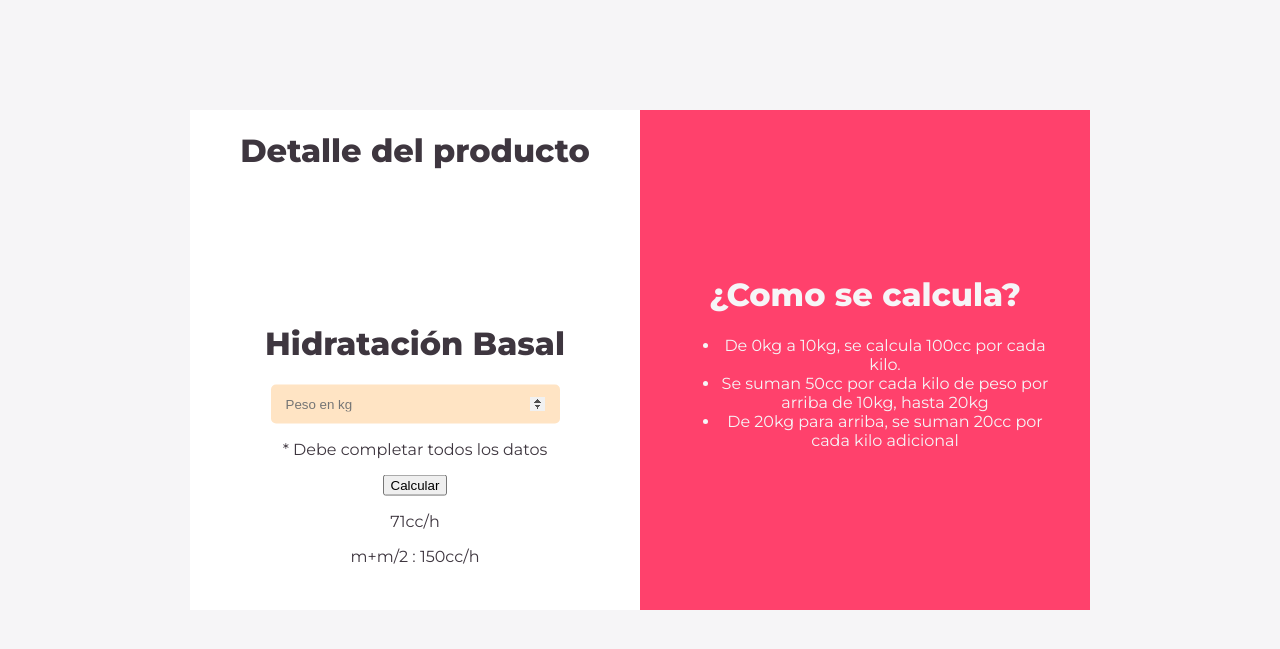
Repository: Fredy452/calculadora_basal
Page: index.html
These files come from the project's save history. The page is drawn as it stood at one moment and after the next save; the edit follows.
The browser window is 1280 px wide. The pictures show the whole page.
The pointer rests on the first visible `input`.

Above is the page before, as saved 2023-04-21 07:54:57.

### index.html
<!DOCTYPE html>
<html lang="en">
<head>
    <meta charset="UTF-8">
    <meta http-equiv="X-UA-Compatible" content="IE=edge">
    <meta name="viewport" content="width=device-width, initial-scale=1.0">
    <title>Calculadora de hidratación</title>
    <link rel="stylesheet" href="style.css">
</head>
<body>
    <div id="contenedor">
        <div id="calculadora">
            <h1>Detalle del producto</h1>
            <div class="contenido">
                <h1>Hidratación Basal</h1>
                <input type="number" name="peso" id="peso" placeholder="Peso en kg">
                <p>* Debe completar todos los datos</p>
                <button>Calcular</button>
                <p>71cc/h</p>
                <p>m+m/2 : 150cc/h</p>
            </div>
        </div>
        <div id="detalle">
            <div class="contenido">
                <h1>¿Como se calcula?</h1>
                <ul>
                    <li>De 0kg a 10kg, se calcula 100cc por cada kilo.</li>
                    <li>Se suman 50cc por cada kilo de peso por arriba de 10kg, hasta 20kg</li>
                    <li>De 20kg para arriba, se suman 20cc por cada kilo adicional</li>
                </ul>
            </div>
        </div>
    </div>
</body>
</html>

### style.css
@import url('https://fonts.googleapis.com/css?family=Montserrat:400,800');

body{
    font-family: 'Montserrat', sans-serif;
    background: #f6f5f7;
    color: #3E363F;
}
#contenedor{
    width: 900px;
    height: 500px;
    position: absolute;
    text-align: center;
    inset: 0;
    margin: auto;
}
#calculadora{
    background: white;
    width: 50%;
    height: 100%;
    float: left;
}
#detalle{
    background: #FF416C;
    width: 50%;
    height: 100%;
    float: left;
    color: #f6f5f7;
}
.contenido{
    /* Centrando el contenido de los divs */
    position: relative;
    top: 50%;
    transform: translateY(-50%);
    overflow: hidden;
    padding: 40px;
}
input{
    width: 70%;
    padding: 12px 15px;
    border: none;
    background-color: #eee;
    outline: none;
    border-radius: 5px;
}
input:hover{
    background-color:bisque;
}

After the next save:
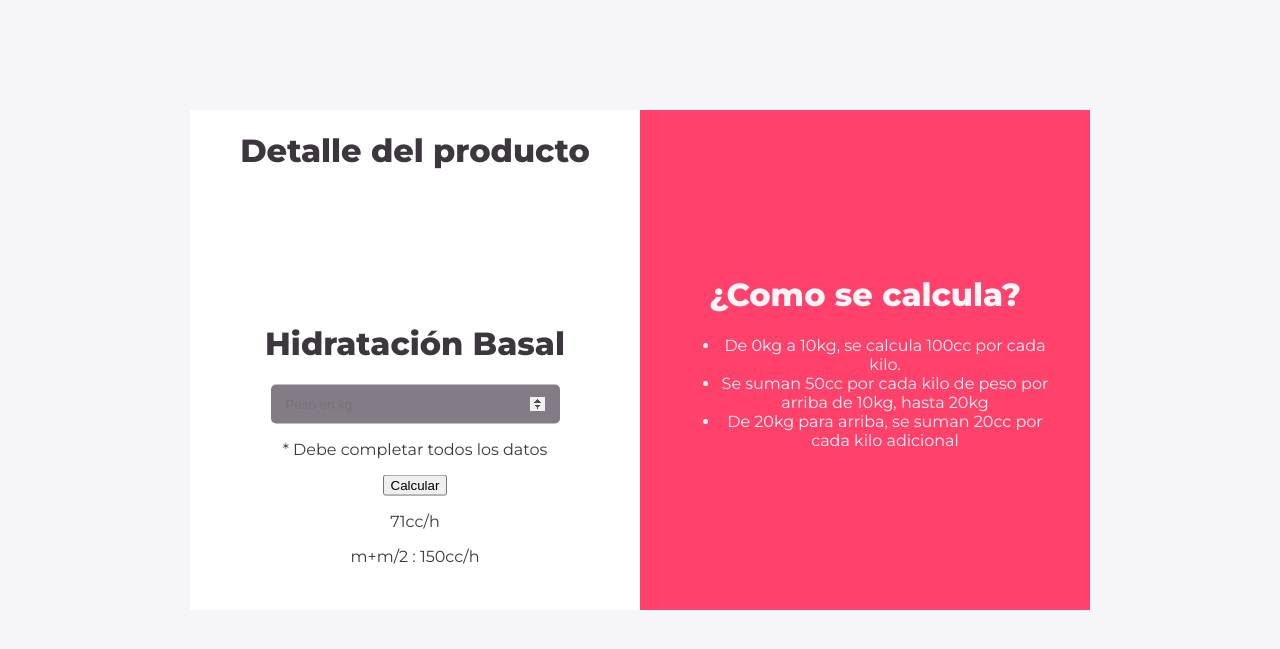
Saved 51 s later.
--- a/style.css
+++ b/style.css
@@ -43,5 +43,5 @@ input{
     border-radius: 5px;
 }
 input:hover{
-    background-color:bisque;
+    background-color:#837b85;
 }
